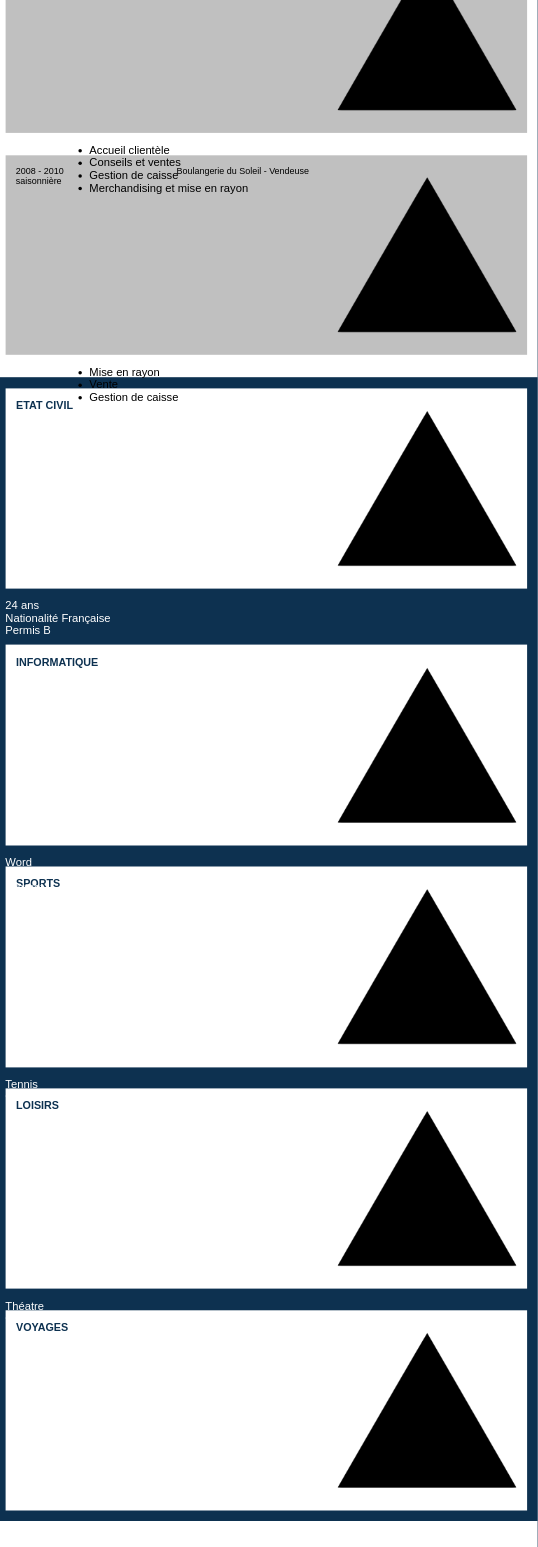
Repository: evalwebmeteofullstack/Gestion_meteo
Page: Notes/Exercices/static/ExoCV/CV.html
These files come from the project's save history. The page is drawn as it stood at one moment and after the next save; the edit follows.
The browser window is 768 px wide. The pictures show the part of the page from y = 827 to 3067 px (the page is 3037 px tall before and 3067 px after), at 70% of full size.
The first `#CkCiv` is checked.

Above is the page before, as saved 2019-01-29 15:34:37.

After the next save:
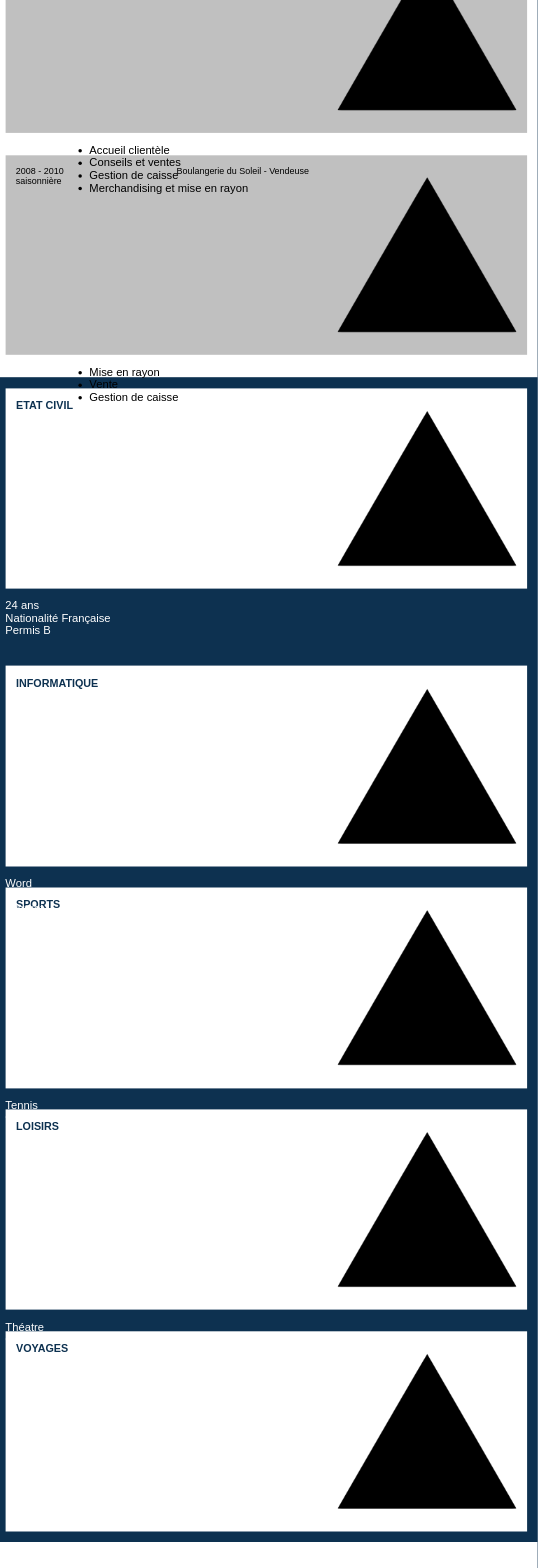
Saved 70 s later.
--- a/Notes/Exercices/static/ExoCV/StyleCV.css
+++ b/Notes/Exercices/static/ExoCV/StyleCV.css
@@ -256,28 +256,28 @@ div section h2 {
 		transition: 1s;
 	}
 	#CkCiv:checked+#divPCiv {
-		height: 50px;
+		height: 80px;
 		opacity: 1;
 		transition: 1s;
 	}
 	#CkInfo:checked+#divPInfo {
-		height: 50px;
+		height: 80px;
 		opacity: 1;
 		transition: 1s;
 	}
 	#CkSport:checked+#divPSport {
-		height: 50px;
+		height: 80px;
 		opacity: 1;
 		transition: 1s;
 	}
 	#CkLoisir:checked+#divPLoisir {
-		height: 50px;
+		height: 80px;
 		opacity: 1;
 		transition: 1s;
 	}
 	#CkVoyage:checked+#divPVoyage {
-		height: 50px;
-		opacity: 1;
-		transition: 1s;
-	}
-}
+		height: 80px;
+		opacity: 1;
+		transition: 1s;
+	}
+}
